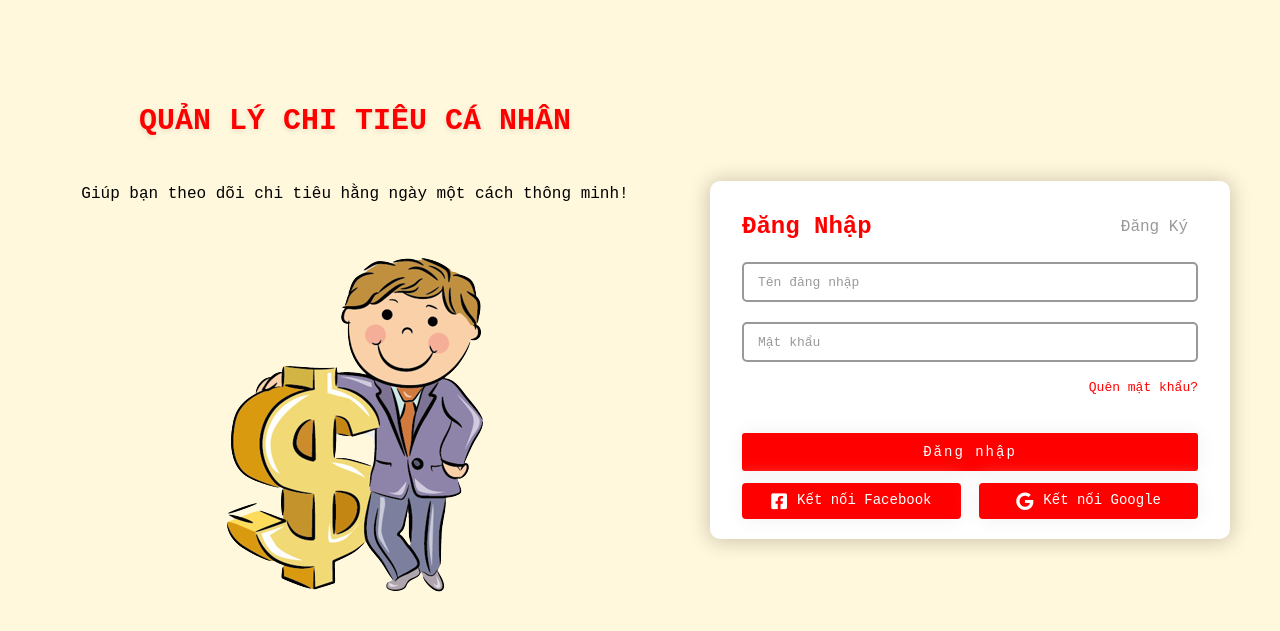
Repository: ximvhs/sochitieu
Page: html/start.html
An editor plug-in stored every save of this project. The page is shown before and after the next save, followed by the edit.
The browser window is 1280 px wide. The pictures show the whole page.
Some web fonts or font styles are not loaded; a fallback is used.

Above is the page before, as saved 2023-04-07 14:19:09.

### html/start.html
<!DOCTYPE html>
<html lang="en">
<head>
    <meta charset="UTF-8">
    <meta name="viewport" content="width=device-width, initial-scale=1.0">
    <title>Đăng nhập</title>
    <link rel="stylesheet" href="/assets/css/login.css">
    <link rel="stylesheet" href="/assets/css/grid.css">
    <link rel="stylesheet" href="/assets/css/resets.css">
    <link rel="stylesheet" href="/assets/css/responsive.css">
    <link rel="stylesheet" href="/assets/css/base.css">
    <link rel="stylesheet" href="https://fonts.googleapis.com/css2?family=Material+Symbols+Outlined:opsz,wght,FILL,GRAD@20..48,100..700,0..1,-50..200" />
    <link rel="preconnect" href="https://fonts.googleapis.com">
    <link rel="preconnect" href="https://fonts.gstatic.com" crossorigin>
    <link href="https://fonts.googleapis.com/css2?family=Dongle:wght@700&display=swap" rel="stylesheet">
    <link rel="preconnect" href="https://fonts.gstatic.com">
    <link href="https://fonts.googleapis.com/css2?family=Open+Sans:ital,wght@0,400;0,600;0,700;0,800;1,400&display=swap"
    rel="stylesheet">
    <link rel="stylesheet" href="https://cdnjs.cloudflare.com/ajax/libs/font-awesome/6.4.0/css/all.min.css" integrity="sha512-iecdLmaskl7CVkqkXNQ/ZH/XLlvWZOJyj7Yy7tcenmpD1ypASozpmT/E0iPtmFIB46ZmdtAc9eNBvH0H/ZpiBw==" crossorigin="anonymous" referrerpolicy="no-referrer" />
</head>
<body>
    <form action="">
        <div class="modal js-show_login">
                <div class="modal__body">
                    <div class="auth-form--left">
                        <H1>QUẢN LÝ CHI TIÊU CÁ NHÂN</H1>
                        <p>Giúp bạn theo dõi chi tiêu hằng ngày một cách thông minh!</p>
                        <img src="/img/logo-login.png" alt="">
                    </div>
                    <div class="auth-form--right js-auth-form">
                        <div class="auth-form__container">
                            <div class="auth-form__header">
                                <h3 class="auth-form__heading">Đăng Nhập</h3>
                                <span class="auth-form__switch-btn js-register">Đăng Ký</span>
                            </div>

                            <div class="auth-form__form">
                                <div class="auth-form__group">
                                    <input type="text" id="emaillogin" class="auth-form__input" required placeholder=" ">
                                    <div class="form-label">Tên đăng nhập</div>
                                </div>
                                <div class="auth-form__group">
                                    <input type="password" id="passlogin" class="auth-form__input" required placeholder=" ">
                                    <div class="form-label">Mật khẩu</div>
                                </div>
                            </div>

                            <div class="auth-form__aside">
                                <p class="auth-form__policy-text">
                                    <a href="#" class="auth-form__text-link">Quên mật khẩu?</a>
                                </p>
                            </div>

                            <div class="auth-form__controls">
                                <button class="btn btn--normal btn--primary" id="btnlogin">Đăng nhập</button>
                            </div>

                            <div class="auth-form__socials">
                                <a href="#" class="auth-form__socials--facebook btn btn--size-s btn--with-icon">
                                    <i class="auth-form__socials-icon fab fa-facebook-square"></i>
                                    <span class="auth-form__socials-text">Kết nối Facebook</span>
                                </a>
                                <a href="#" class="auth-form__socials--google btn btn--size-s btn--with-icon">
                                    <i class="auth-form__socials-icon fab fa-google"></i>
                                    <span class="auth-form__socials-text">Kết nối Google</span>
                                </a>
                            </div>
                        </div>

                    </div>
                </div>
        </div>
    </form>

    <form action="">
        <div class="modal_register js-show_register">
                <div class="modal__body_register">
                     <div class="auth-form js-auth-form">
                        <div class="auth-form__container">
                            <div class="auth-form__header">
                                <h3 class="auth-form__heading">Đăng ký</h3>
                                <i class="fa-solid fa-xmark auth-form__heading--close js-close"></i>
                            </div>

                            <div class="auth-form__form">
                                <div class="auth-form__group">
                                    <input type="text" class="auth-form__input" required placeholder=" ">
                                    <div class="form-label">Họ và tên</div>
                                </div>
                                <div class="auth-form__group">
                                    <input type="date" class="auth-form__input" required placeholder=" ">
                                    <div class="form-label">Ngày sinh nhật</div>
                                </div>
                                <div class="auth-form__group_sex">
                                    <div class="list__sex">
                                        <div class="form-label">Nam</div>
                                        <input type="checkbox" class="auth-form__input-radio" required placeholder=" ">
                                    </div>
                                    <div class="list__sex">
                                        <div class="form-label">Nữ</div>
                                        <input type="checkbox" class="auth-form__input-radio" required placeholder=" ">
                                    </div>
                                </div>
                                <div class="auth-form__group">
                                    <input type="text" class="auth-form__input" required placeholder=" ">
                                    <div class="form-label">Tên đăng nhập</div>
                                </div>
                                <div class="auth-form__group">
                                    <input type="password" class="auth-form__input" required placeholder=" ">
                                    <div class="form-label">Mật khẩu</div>
                                </div>
                                <div class="auth-form__group">
                                    <input type="password" class="auth-form__input" required placeholder=" ">
                                    <div class="form-label">Nhập lại mật khẩu</div>
                                </div>
                            </div>

                            <div class="auth-form__aside">
                                <p class="auth-form__policy-text">
                                    Bằng việc đăng ký, bạn đã đồng ý với chúng tôi về
                                    <a href="#" class="auth-form__text-link">Điều khoản dịch vụ</a> &
                                    <a href="#" class="auth-form__text-link">Chính sách bảo mật</a>
                                </p>
                            </div>
                            <div class="auth-form__controls">
                                <button class="btn btn--normal btn--primary">ĐĂNG KÝ</button>
                            </div>
                        </div>

                    </div>
                </div>
        </div>
    </form>

   <script src="/js/start.js"></script>
</body>

</html>

### assets/css/login.css
.modal {
    background-color: var(--primary-color);
    height: 100vh;
}

.modal__body {
    height: 100vh;
    display: flex;
    justify-content: space-between;
    align-items: center;

}

.auth-form--left {
    height: 100vh;
    display: flex;
    justify-content: center;
    align-items: center;
    flex-direction: column;
    flex: 1;
}

.auth-form--left h1 {
    width: 100%;
    text-align: center;
    padding: 0;
    margin-top: 32px;
    font-size: 30px;
    color: var(--secondary-color);
    text-shadow: 0 2px 5px #33333323;
}

.auth-form--left p {
    width: 100%;
    text-align: center;
    padding: 0;
    margin-top: 32px;
    font-size: 16px;
    /* color: var(--secondary-color);
    text-shadow: 0 2px 5px #33333323; */
}



/* modal */
.itemhd button {
    height: 35px;
    width: 90px;
    margin-left: 10px;
    cursor: pointer;
    background-color: var(--secondary-color);
    border: none;
    border-radius: var(--border-box);
    padding: 5px;
    color: white;
    font-size: 14px;
    font-weight: 700;
}

.itemhd button:hover {
    opacity: 0.8;
}

.auth-form--right {
    margin-right: 50px ;
    width: 520px;
    background-color: white;
    border-radius: 10px;
    overflow: hidden;
    min-width: 40px;
    box-shadow: 0 1px 20px 2px rgb(0 0 0 / 20%);
}

.auth-form__container {
    padding: 12px  32px 20px 32px;
}

.auth-form__header {
    display: flex;
    justify-content: space-between;
    align-items: center;
}

.auth-form__heading {
    font-size: 24px;
    color: var(--secondary-color);
}

.auth-form__switch-btn {
    font-size: 16px;
    padding: 10px;
    color: var(--border-color);
}

.auth-form__switch-btn:hover {
    cursor: pointer;
    opacity: 0.7;
}

.auth-form__form input {
    width: 100%;
    height: 40px;
    padding: 12px;
    margin-bottom: 20px;
    border: solid 2px var(--border-color);
    outline: none;
    transition: all 0.5s ease;
    border-radius: 5px;
}

.auth-form__form input:focus {
    border: solid 2px var(--secondary-color);
}

.auth-form__group {
    position: relative;
}


.auth-form__group .form-label {
    position: absolute;
    font-size: 13px;
    color: var(--border-color);
    top: 35%;
    left: 16px;
    transform: translate(0,-50%);
    pointer-events: none;
    transition: all 0.3s ease;
    z-index: 1;
}

.auth-form__group .auth-form__input:not(:placeholder-shown) +.form-label,
.auth-form__group .auth-form__input:focus +.form-label {
    position: absolute;
    top: 0;
    left: 8px;
    display: inline-block;
    padding: 2px 10px;
    color: var(--secondary-color);
    font-size: 12px;
    z-index: 2;
    background-color: white;
}

.auth-form__text-link {
    text-decoration: none;
    color: var(--secondary-color);
}

.auth-form__text-link:hover {
    opacity: 0.7;
}


.auth-form__controls {
    display: flex;
    justify-content: right;
    height: 50px;
    width: 100%;
}

.auth-form__aside {
    float: right;
    margin: 10px 0 14px 0;
}

.auth-form__aside a:hover {
    color: var(--secondary-color);
    cursor: pointer;
}

.auth-form__policy-text {
    margin: -14px 0 20px 0;
    transition: all 0.3s ease;
}

.auth-form__controls .btn {
    width: 100%;
    height: 38px;
    letter-spacing: 2px;
    font-size: 14px;
    padding: 0 12px;
    border: none;
    border-radius: 3px;
    text-decoration: none;
    display: inline-flex;
    justify-content: center;
    align-items: center;
    cursor: pointer;
}

.auth-form__socials {
    width: 100%;
    display: flex;
    justify-content: space-between;

}

.auth-form__socials--facebook {
    width: 48%;
    height: 36px;
    display: flex;
    justify-content: center;
    align-items: center;
}

.auth-form__socials--google {
    width: 48%;
    display: flex;
    justify-content: center;
    align-items: center;
}

.auth-form__socials-icon {
    font-size: 18px;
    margin-right: 10px;
}

.auth-form__socials-text {
    font-size: 14px;
}

.modal_register {
    position: fixed;
    z-index: 3;
    background-color: rgba(0, 0, 0, 0.5);
    top: 0;
    bottom: 0;
    right: 0;
    left: 0;
    display: none;
    animation: fadeIn linear 0.1s;
    /* display: flex; */
}


.modal__body_register {
    position: relative;
    margin: auto;
}

.auth-form {
    width: 500px;
    background-color: white;
    border-radius: 5px;
    overflow: hidden;
    min-width: 20px;
    box-shadow: 0 0 12px rgb(0 0 0 / 70%);
    animation: Slide ease 0.5s;
}

.auth-form__group_sex {
    display: flex;
    /* justify-content:space-between; */
    align-items: center;
    margin-bottom: 4px ;
}

.auth-form__group_sex .list__sex .auth-form__input-radio {
    height: 20px;
    width: 20px;
    margin-bottom: 12px ;
}

.list__sex {
    display: flex;
    justify-content: center;
    align-items: center;
}

.list__sex:nth-child(1) {
    margin-left: 16px;
}

.list__sex:nth-child(2) {
    margin-left: 50px;
}

.js-show_register.open.modal_register {
    display: flex;
    justify-content: center;
    align-items: center;
    opacity: 1;
}

.auth-form__heading--close {
    font-size: 30px;
    color: var(--secondary-color);
    padding: 5px;
}

.auth-form__heading--close:hover {
    opacity: 0.7;
    cursor: pointer;
}

### assets/css/grid.css
.grid {
    width: 100%;
    display: block;
    padding: 0;
}

.grid.wide {
    max-width: 1200px;
    margin: 0 auto;
}

.row {
    display: flex;
    flex-wrap: wrap;
    margin-left: -4px;
    margin-right: -4px;
}

.row.no-gutters {
    margin-left: 0;
    margin-right: 0;
}

.col {
    padding-left: 4px;
    padding-right: 4px;
}

.row.no-gutters .col {
    padding-left: 0;
    padding-right: 0;
}

.c-0 {
    display: none;
}

.c-1 {
    flex: 0 0 8.33333%;
    max-width: 8.33333%;
}

.c-2 {
    flex: 0 0 16.66667%;
    max-width: 16.66667%;
}

.c-3 {
    flex: 0 0 25%;
    max-width: 25%;
}

.c-4 {
    flex: 0 0 33.33333%;
    max-width: 33.33333%;
}

.c-5 {
    flex: 0 0 41.66667%;
    max-width: 41.66667%;
}

.c-6 {
    flex: 0 0 50%;
    max-width: 50%;
}

.c-7 {
    flex: 0 0 58.33333%;
    max-width: 58.33333%;
}

.c-8 {
    flex: 0 0 66.66667%;
    max-width: 66.66667%;
}

.c-9 {
    flex: 0 0 75%;
    max-width: 75%;
}

.c-10 {
    flex: 0 0 83.33333%;
    max-width: 83.33333%;
}

.c-11 {
    flex: 0 0 91.66667%;
    max-width: 91.66667%;
}

.c-12 {
    flex: 0 0 100%;
    max-width: 100%;
}

.c-o-1 {
    margin-left: 8.33333%;
}

.c-o-2 {
    margin-left: 16.66667%;
}

.c-o-3 {
    margin-left: 25%;
}

.c-o-4 {
    margin-left: 33.33333%;
}

.c-o-5 {
    margin-left: 41.66667%;
}

.c-o-6 {
    margin-left: 50%;
}

.c-o-7 {
    margin-left: 58.33333%;
}

.c-o-8 {
    margin-left: 66.66667%;
}

.c-o-9 {
    margin-left: 75%;
}

.c-o-10 {
    margin-left: 83.33333%;
}

.c-o-11 {
    margin-left: 91.66667%;
}

/* >= Tablet */
@media (min-width: 740px) {
    .row {
        margin-left: -8px;
        margin-right: -8px;
    }

    .col {
        padding-left: 8px;
        padding-right: 8px;
    }

    .m-0 {
        display: none;
    }

    .m-1,
    .m-2,
    .m-3,
    .m-4,
    .m-5,
    .m-6,
    .m-7,
    .m-8,
    .m-9,
    .m-10,
    .m-11,
    .m-12 {
        display: block;
    }

    .m-1 {
        flex: 0 0 8.33333%;
        max-width: 8.33333%;
    }

    .m-2 {
        flex: 0 0 16.66667%;
        max-width: 16.66667%;
    }

    .m-3 {
        flex: 0 0 25%;
        max-width: 25%;
    }

    .m-4 {
        flex: 0 0 33.33333%;
        max-width: 33.33333%;
    }

    .m-5 {
        flex: 0 0 41.66667%;
        max-width: 41.66667%;
    }

    .m-6 {
        flex: 0 0 50%;
        max-width: 50%;
    }

    .m-7 {
        flex: 0 0 58.33333%;
        max-width: 58.33333%;
    }

    .m-8 {
        flex: 0 0 66.66667%;
        max-width: 66.66667%;
    }

    .m-9 {
        flex: 0 0 75%;
        max-width: 75%;
    }

    .m-10 {
        flex: 0 0 83.33333%;
        max-width: 83.33333%;
    }

    .m-11 {
        flex: 0 0 91.66667%;
        max-width: 91.66667%;
    }

    .m-12 {
        flex: 0 0 100%;
        max-width: 100%;
    }

    .m-o-1 {
        margin-left: 8.33333%;
    }

    .m-o-2 {
        margin-left: 16.66667%;
    }

    .m-o-3 {
        margin-left: 25%;
    }

    .m-o-4 {
        margin-left: 33.33333%;
    }

    .m-o-5 {
        margin-left: 41.66667%;
    }

    .m-o-6 {
        margin-left: 50%;
    }

    .m-o-7 {
        margin-left: 58.33333%;
    }

    .m-o-8 {
        margin-left: 66.66667%;
    }

    .m-o-9 {
        margin-left: 75%;
    }

    .m-o-10 {
        margin-left: 83.33333%;
    }

    .m-o-11 {
        margin-left: 91.66667%;
    }
}

/* PC medium resolution > */
@media (min-width: 1113px) {
    .row {
        margin-left: -12px;
        margin-right: -12px;
    }

    .row.sm-gutter {
        margin-left: -5px;
        margin-right: -5px;
    }

    .col {
        padding-left: 12px;
        padding-right: 12px;
    }

    .row.sm-gutter .col {
        padding-left: 5px;
        padding-right: 5px;
    }

    .l-0 {
        display: none;
    }

    .l-1,
    .l-2,
    .l-2-4,
    .l-3,
    .l-4,
    .l-5,
    .l-6,
    .l-7,
    .l-8,
    .l-9,
    .l-10,
    .l-11,
    .l-12 {
        display: block;
    }

    .l-1 {
        flex: 0 0 8.33333%;
        max-width: 8.33333%;
    }

    .l-2 {
        flex: 0 0 16.66667%;
        max-width: 16.66667%;
    }

    .l-2-4 {
        flex: 0 0 20%;
        max-width: 20%;
    }

    .l-3 {
        flex: 0 0 25%;
        max-width: 25%;
    }

    .l-4 {
        flex: 0 0 33.33333%;
        max-width: 33.33333%;
    }

    .l-5 {
        flex: 0 0 41.66667%;
        max-width: 41.66667%;
    }

    .l-6 {
        flex: 0 0 50%;
        max-width: 50%;
    }

    .l-7 {
        flex: 0 0 58.33333%;
        max-width: 58.33333%;
    }

    .l-8 {
        flex: 0 0 66.66667%;
        max-width: 66.66667%;
    }

    .l-9 {
        flex: 0 0 75%;
        max-width: 75%;
    }

    .l-10 {
        flex: 0 0 83.33333%;
        max-width: 83.33333%;
    }

    .l-11 {
        flex: 0 0 91.66667%;
        max-width: 91.66667%;
    }

    .l-12 {
        flex: 0 0 100%;
        max-width: 100%;
    }

    .l-o-1 {
        margin-left: 8.33333%;
    }

    .l-o-2 {
        margin-left: 16.66667%;
    }

    .l-o-3 {
        margin-left: 25%;
    }

    .l-o-4 {
        margin-left: 33.33333%;
    }

    .l-o-5 {
        margin-left: 41.66667%;
    }

    .l-o-6 {
        margin-left: 50%;
    }

    .l-o-7 {
        margin-left: 58.33333%;
    }

    .l-o-8 {
        margin-left: 66.66667%;
    }

    .l-o-9 {
        margin-left: 75%;
    }

    .l-o-10 {
        margin-left: 83.33333%;
    }

    .l-o-11 {
        margin-left: 91.66667%;
    }
}

/* Tablet - PC low resolution */
@media (min-width: 740px) and (max-width: 1023px) {
    .wide {
        width: 644px;
    }
}

/* > PC low resolution */
@media (min-width: 1024px) and (max-width: 1239px) {
    .wide {
        width: 984px;
    }

    .wide .row {
        margin-left: -12px;
        margin-right: -12px;
    }

    .wide .row.sm-gutter {
        margin-left: -5px;
        margin-right: -5px;
    }

    .wide .col {
        padding-left: 12px;
        padding-right: 12px;
    }

    .wide .row.sm-gutter .col {
        padding-left: 5px;
        padding-right: 5px;
    }

    .wide .l-0 {
        display: none;
    }

    .wide .l-1,
    .wide .l-2,
    .wide .l-2-4,
    .wide .l-3,
    .wide .l-4,
    .wide .l-5,
    .wide .l-6,
    .wide .l-7,
    .wide .l-8,
    .wide .l-9,
    .wide .l-10,
    .wide .l-11,
    .wide .l-12 {
        display: block;
    }

    .wide .l-1 {
        flex: 0 0 8.33333%;
        max-width: 8.33333%;
    }

    .wide .l-2 {
        flex: 0 0 16.66667%;
        max-width: 16.66667%;
    }

    .wide .l-2-4 {
        flex: 0 0 20%;
        max-width: 20%;
    }

    .wide .l-3 {
        flex: 0 0 25%;
        max-width: 25%;
    }

    .wide .l-4 {
        flex: 0 0 33.33333%;
        max-width: 33.33333%;
    }

    .wide .l-5 {
        flex: 0 0 41.66667%;
        max-width: 41.66667%;
    }

    .wide .l-6 {
        flex: 0 0 50%;
        max-width: 50%;
    }

    .wide .l-7 {
        flex: 0 0 58.33333%;
        max-width: 58.33333%;
    }

    .wide .l-8 {
        flex: 0 0 66.66667%;
        max-width: 66.66667%;
    }

    .wide .l-9 {
        flex: 0 0 75%;
        max-width: 75%;
    }

    .wide .l-10 {
        flex: 0 0 83.33333%;
        max-width: 83.33333%;
    }

    .wide .l-11 {
        flex: 0 0 91.66667%;
        max-width: 91.66667%;
    }

    .wide .l-12 {
        flex: 0 0 100%;
        max-width: 100%;
    }

    .wide .l-o-1 {
        margin-left: 8.33333%;
    }

    .wide .l-o-2 {
        margin-left: 16.66667%;
    }

    .wide .l-o-3 {
        margin-left: 25%;
    }

    .wide .l-o-4 {
        margin-left: 33.33333%;
    }

    .wide .l-o-5 {
        margin-left: 41.66667%;
    }

    .wide .l-o-6 {
        margin-left: 50%;
    }

    .wide .l-o-7 {
        margin-left: 58.33333%;
    }

    .wide .l-o-8 {
        margin-left: 66.66667%;
    }

    .wide .l-o-9 {
        margin-left: 75%;
    }

    .wide .l-o-10 {
        margin-left: 83.33333%;
    }

    .wide .l-o-11 {
        margin-left: 91.66667%;
    }
}

### assets/css/base.css
:root {
    --primary-color:cornsilk;
    --secondary-color: red;
    --opacity-color:#f0f0f0;
    --white-color: white;
    --border-color:#999;


    --border-box: 5px;
    --size-text: 16px;
    --size-title: 20px;
}

*{
    font-family: monospace;
    box-sizing: inherit;
    box-sizing: border-box;


}

html {
    line-height: 1.6rem;
    box-sizing: border-box;
    scroll-behavior: smooth;
}

body {
    margin: 0;
}

a {
    color: var(--text-color);
    text-decoration: none;
}

ul {
    padding-left: 0;
}

i {
    display: block;
}

li {
    list-style: none;
}

.btn {
    /* position: absolute;
    display: inline-block; */
    background-color: var(--secondary-color);
    background-size: 200% auto;
    color: var(--white-color);
    box-shadow: 0 0 20px var(--opacity-color);
    font-size: 10px;
    border: none;
    outline: none;
    cursor: pointer;
    border-radius: 4px;
    transition: all 0.2s ease-in;
}



.btn:hover {
    background-position: right center;
    opacity: 0.8;
    text-decoration: none;
}


/* animation */
@keyframes Slide {
    from {
        opacity: 0;
        transform: translateY(-150px);
    }
    to {
        opacity: 1;
        transform: translateY(0);
    }
}

### js/start.js
const regBtns = document.querySelectorAll('.js-register')
const modal = document.querySelector('.js-show_register')
function showModal() {
    modal.classList.add('open')
    modal1.classList.remove('open')
}
for (const regBtn of regBtns) {
    regBtn.addEventListener('click', showModal)
}





// close register
const closeBtn = document.querySelector('.js-close')
function hideBtn(){
    modal.classList.remove('open')
}
closeBtn.addEventListener('click', hideBtn)


// close when click outward
const authForms = document.querySelectorAll('.js-auth-form')
modal.addEventListener('click', hideBtn)
for (const authForm of authForms ) {
    authForm.addEventListener('click', function (event) {
        event.stopPropagation()
    })
}

const tk=document.getElementById("emaillogin")
const btnLogin=document.querySelector('#btnlogin')
const mk=document.getElementById("passlogin")
btnLogin.addEventListener('click',function(){
    if(tk.value=="ximvhs26092002@gmail.com"){
        if(mk.value=="e"){
            windows.location.href="/html/index.html"
            // window.location.href="https://www.facebook.com/ximvhs"
        }
    } else{
        alert('Tài khoản hoặc mặt khẩu của bạn bị sai')
    }
})

Loaded but not shown: assets/css/resets.css (no stored copy; drawn as an empty file); assets/css/responsive.css (no stored copy; drawn as an empty file)

After the next save:
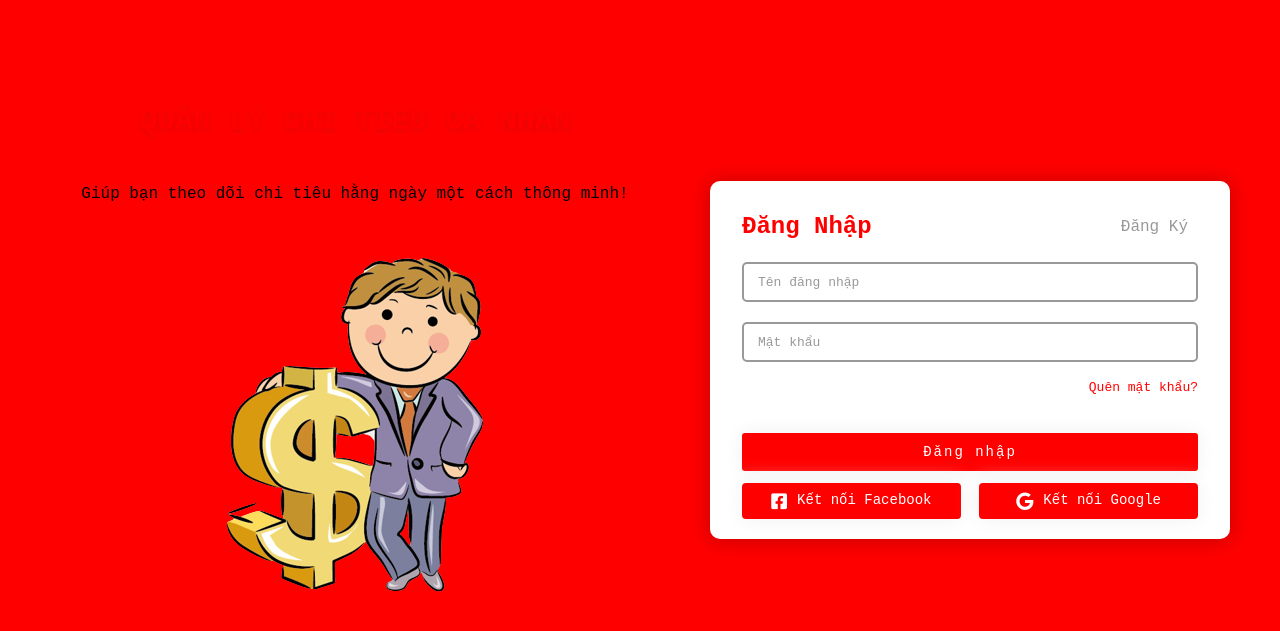
Saved 5 s later.
--- a/assets/css/base.css
+++ b/assets/css/base.css
@@ -1,5 +1,5 @@
 :root {
-    --primary-color:cornsilk;
+    --primary-color:red;
     --secondary-color: red;
     --opacity-color:#f0f0f0;
     --white-color: white;
